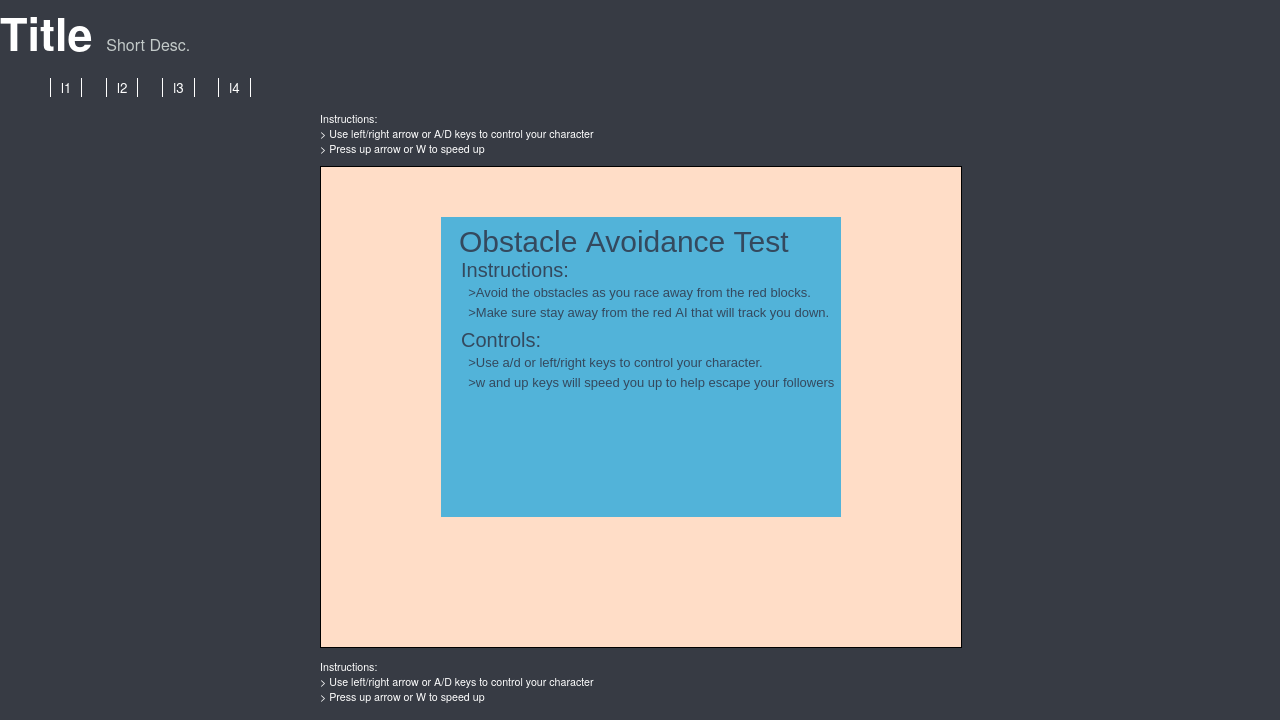
Repository: u1tralord/Avoidance-AI-Test
Page: client/index.html
The author's editor kept a record of every edit. The page is drawn from the files as they stood at one moment, then again after the next edit.
The browser window is 1280 px wide. The pictures show the whole page.
Some web libraries are served in a nearby version.

Above is the page before.
Console error: TypeError: Cannot read properties of undefined (reading 'webkit')

After the next edit:
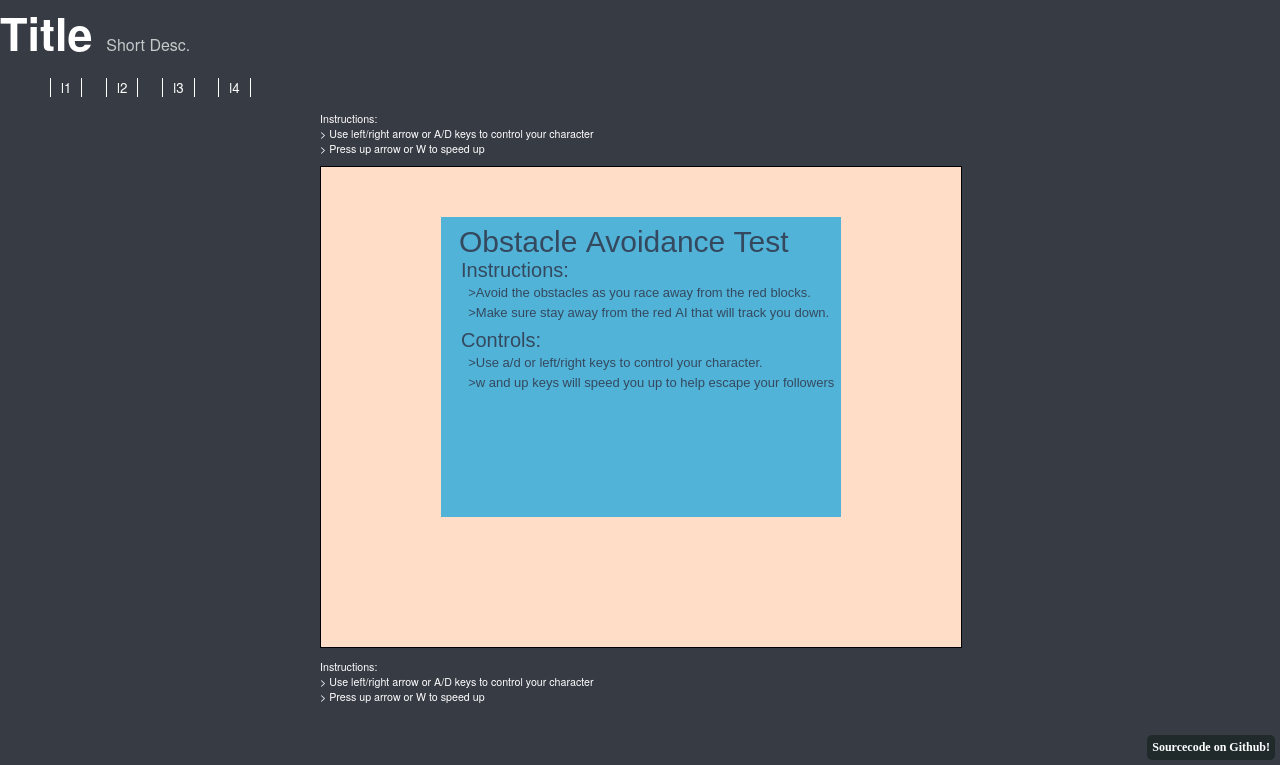
The edit:
--- a/client/index.html
+++ b/client/index.html
@@ -36,6 +36,11 @@
 				</div>
 			</section>
 		</content>
+
+		<div id="footer">
+			</br>
+			<a id="githubLink" href="https://github.com/u1tralord/TankTroubleMulti">Sourcecode on Github!</a>
+		</div>
 		<script language="javascript" src="js/game.js" type="text/javascript"></script>
 	</body>
 </html>
